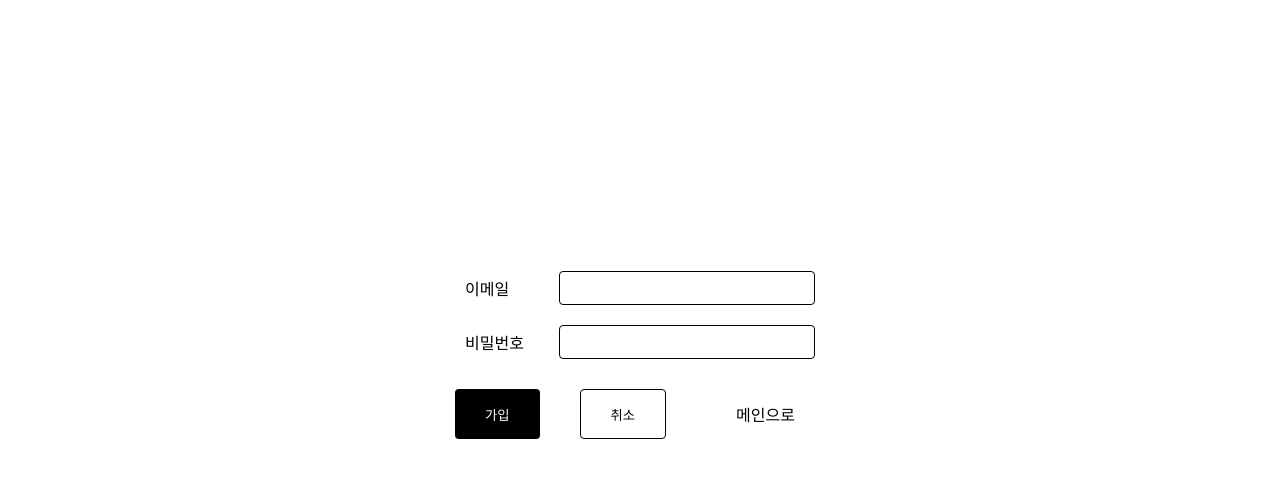
Repository: momo0170/react-shopping
Page: /register
An editor plug-in stored every save of this project. The page is shown before and after the next save, followed by the edit.
The browser window is 1280 px wide. The pictures show the whole page.
The page's requests for data from a server got no answer. Some web fonts or font styles are not loaded; a fallback is used. The project was rebuilt for these pictures with package versions that can differ from the ones it lists, and the page was loaded fresh each time. No one was signed in, and anything a server would have sent is missing. Also part of the build but not shown: src/App.css, src/css/Header.module.css, src/components/Header.jsx, src/App.js, src/router/Products.jsx, src/css/Login.module.css, src/router/Login.jsx.

Above is the page before, as saved 2023-02-24 19:05:10.

After the next save:
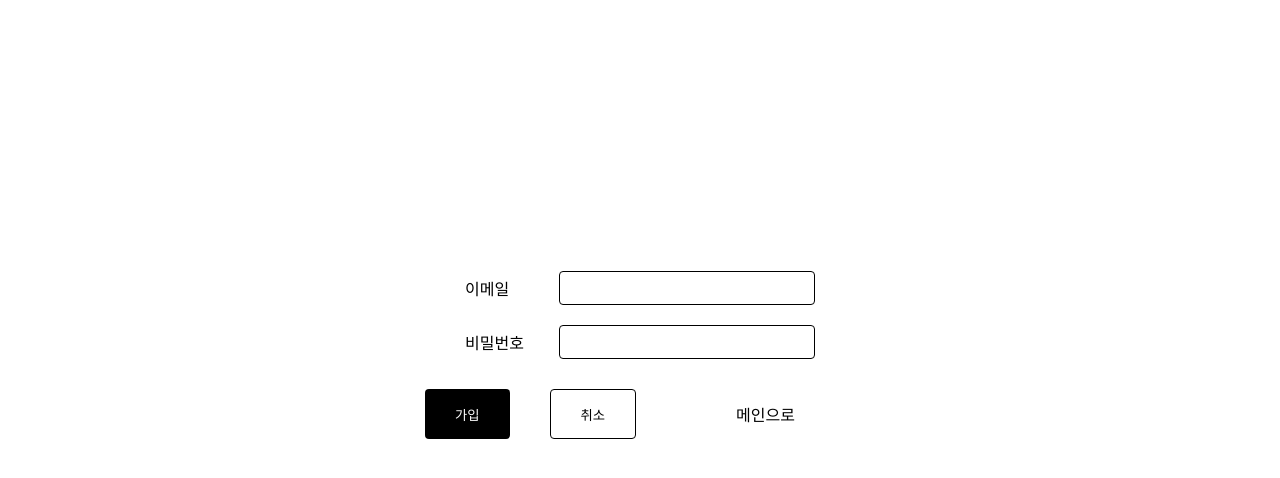
Saved 7 s later.
--- a/src/css/Register.module.css
+++ b/src/css/Register.module.css
@@ -48,7 +48,6 @@
   background-color: black;
 }
 .homeBtn {
-  padding: 0;
   margin: 0;
 }
 .cancelBtn {

After the save that followed:
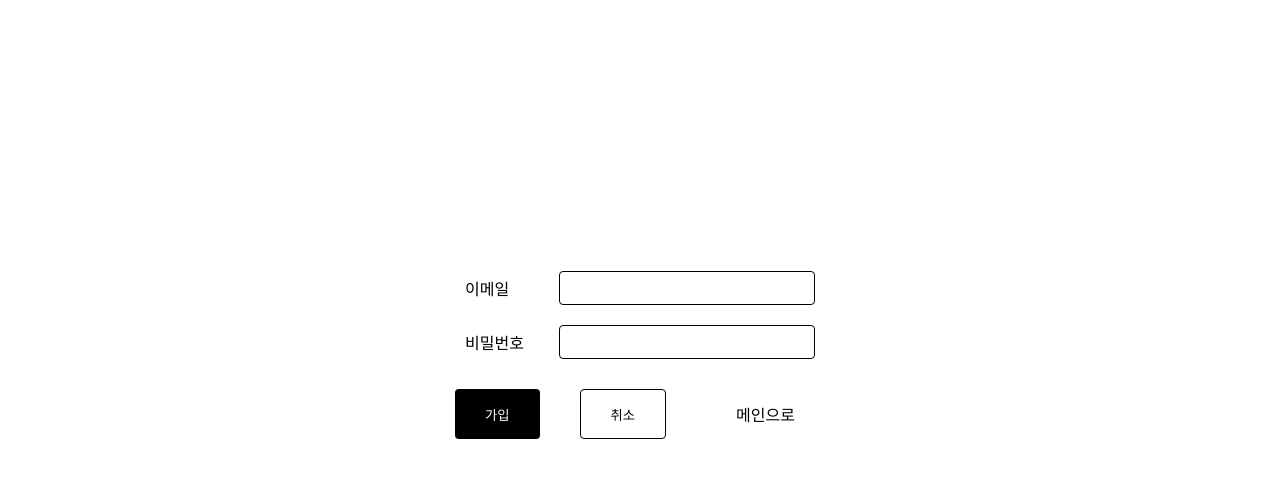
Saved 19 s later.
--- a/src/css/Register.module.css
+++ b/src/css/Register.module.css
@@ -48,6 +48,7 @@
   background-color: black;
 }
 .homeBtn {
+  padding: 0;
   margin: 0;
 }
 .cancelBtn {
